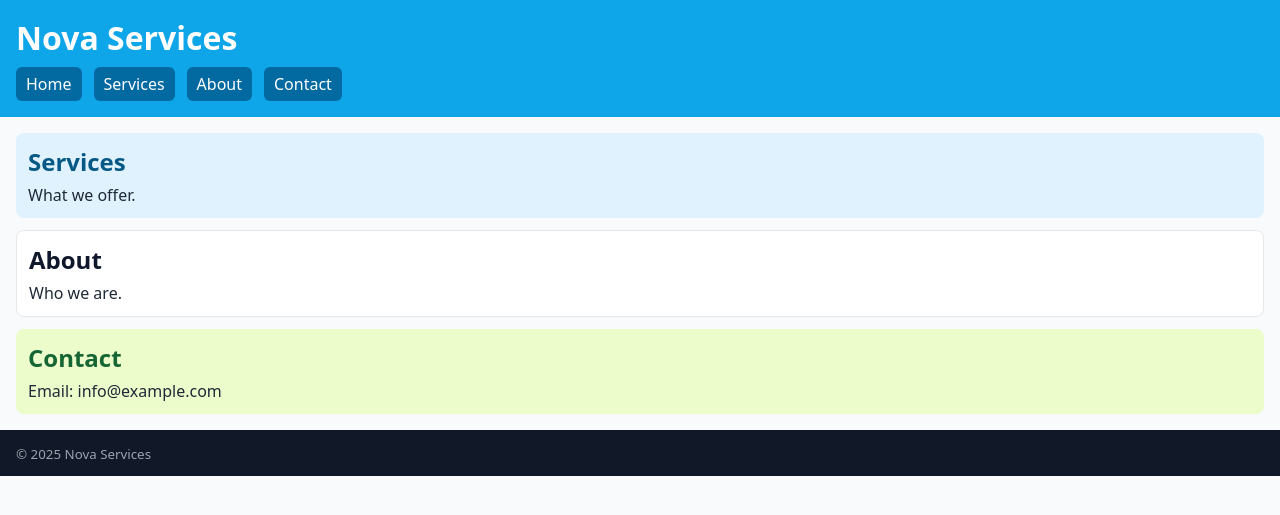
Repository: bbazimya/Nova-services
Page: index.html
The author's editor kept a copy of each file at every save. The page is drawn from the files as they stood at one save, then again after the next save.
The browser window is 1280 px wide. The pictures show the whole page.

Above is the page before, as saved 2025-09-10 12:42:49.

After the next save:
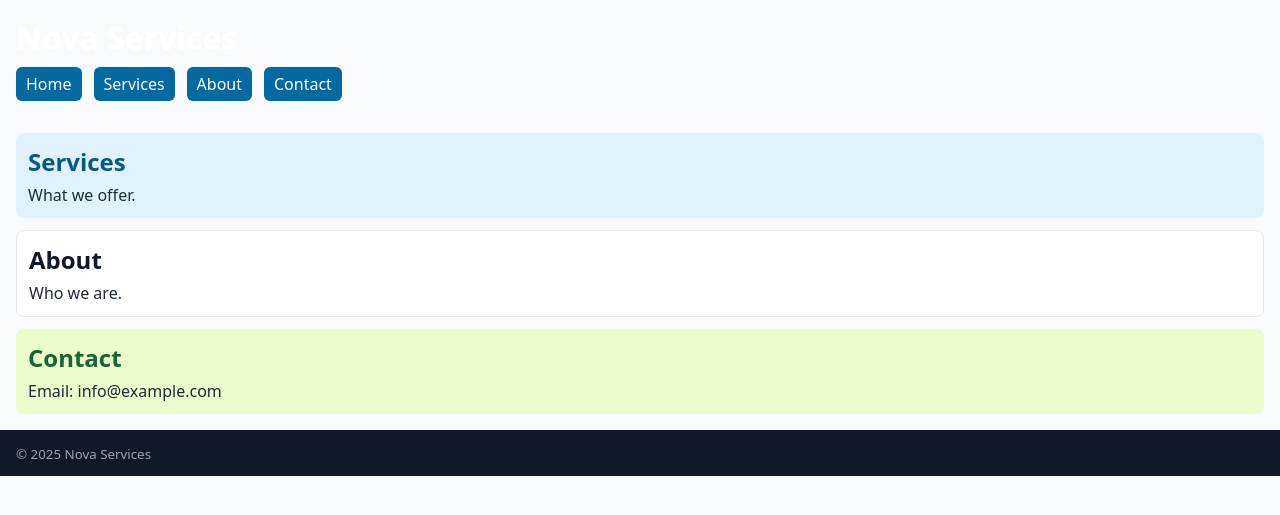
Saved 17 min 57 s later.
--- a/styles.css
+++ b/styles.css
@@ -1,5 +1,5 @@
 body{margin:0;font-family:system-ui,Arial,sans-serif;color:#1f2937;background:#f8fafc;}
-header{background:#0ea5e9;color:#fff;padding:16px;}
+header{background#0ea5e9;color:#fff;padding:16px;}
 header h1{margin:0;}
 nav{margin-top:8px;display:flex;gap:12px;flex-wrap:wrap;}
 nav a{color:#fff;background:#0369a1;padding:6px 10px;border-radius:6px;text-decoration:none;}
